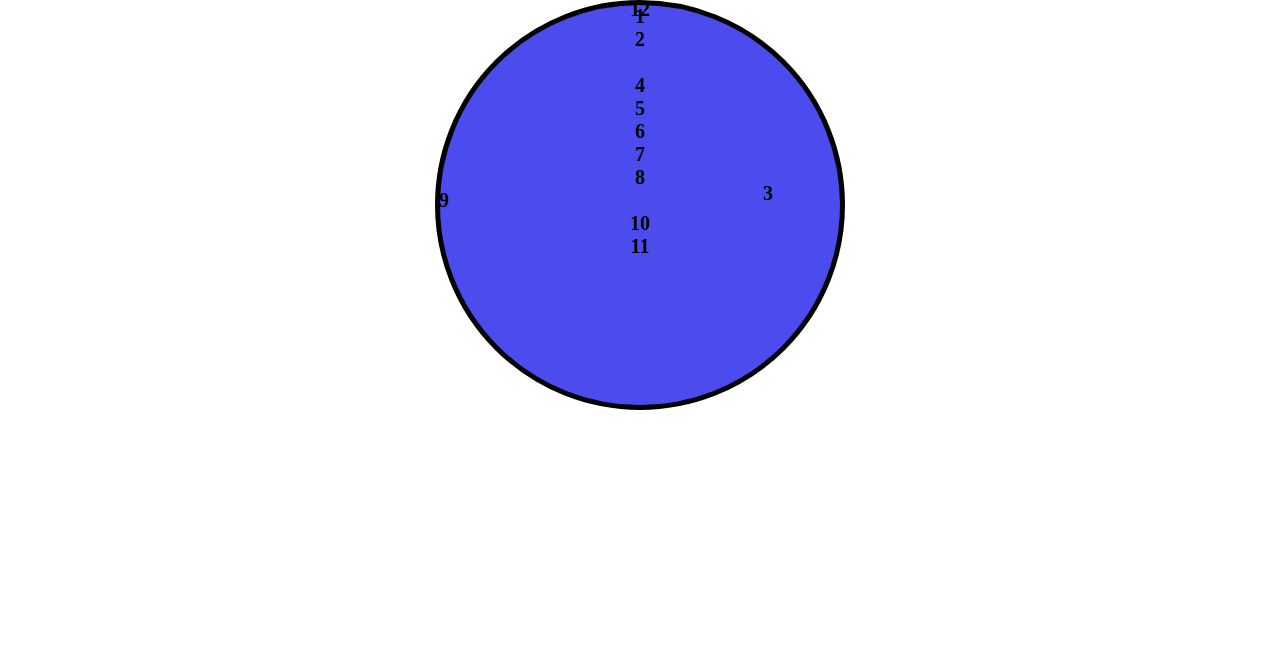
Repository: Eugene44-hub/Analog-clock
Page: index.html
An editor plug-in stored every save of this project. The page is shown before and after the next save, followed by the edit.
The browser window is 1280 px wide. The pictures show the whole page.

Above is the page before, as saved 2021-09-03 21:33:25.

### index.html
<!DOCTYPE html>
<html lang="en">

<head>
    <meta charset="UTF-8">
    <meta http-equiv="X-UA-Compatible" content="IE=edge">
    <meta name="viewport" content="width=device-width, initial-scale=1.0">
    <title>Document</title>
    <link rel="stylesheet" href="style.css">
</head>

<body>
    <div class="clock">
        <div class="num1">1</div>
        <div class="num2">2</div>
        <div class="num3">3</div>
        <div class="num4">4</div>
        <div class="num5">5</div>
        <div class="num6">6</div>
        <div class="num7">7</div>
        <div class="num8">8</div>
        <div class="num9">9</div>
        <div class="num10">10</div>
        <div class="num11">11</div>
        <div class="num12">12</div>
    </div>
</body>

</html>

### style.css
* {
    padding: 0;
    margin: 0;
}

.clock {
    background-color: rgb(75, 75, 238);
    width: 400px;
    height: 400px;
    margin: auto;
    border-radius: 50%;
    border: 5px solid black;
    text-align: center;
    font-weight: bold;
    font-family: cursive;
    font-size: 20px;
    transform: translate(0);
}

.num1 {}

.num2 {}

.num3 {
    transform: translate(32%, 570%);
}

.num4 {}

.num5 {}

.num6 {}

.num7 {}

.num8 {}

.num9 {
    transform: translate(-49%);
}

.num10 {}

.num11 {}

.num12 {
    transform: translate(0, -1130%);
}

After the next save:
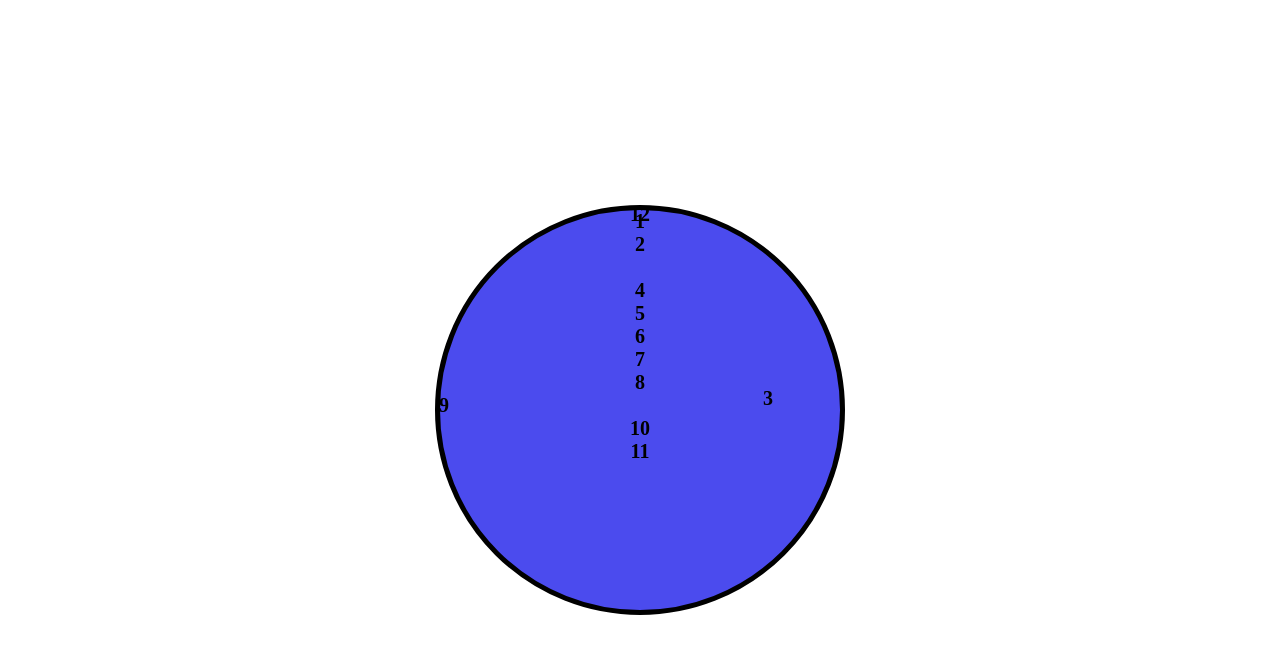
Saved 4 s later.
--- a/style.css
+++ b/style.css
@@ -14,7 +14,7 @@
     font-weight: bold;
     font-family: cursive;
     font-size: 20px;
-    transform: translate(0);
+    transform: translate(0, 50%);
 }
 
 .num1 {}
